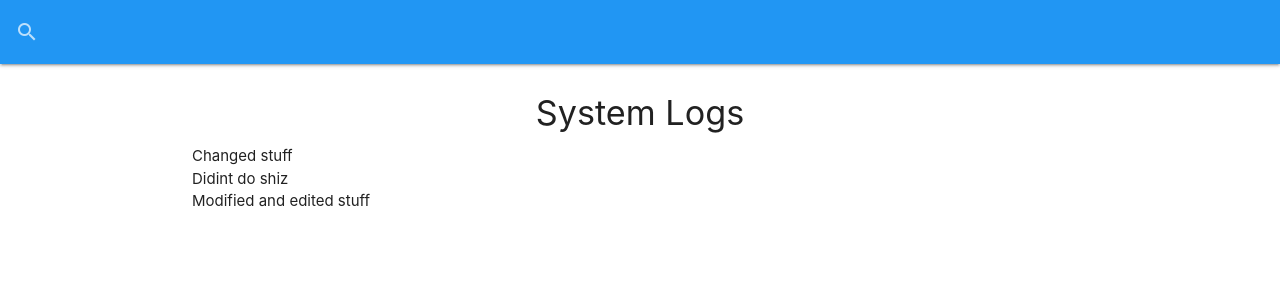
Repository: chinmayparab/log-keeper
Page: /
An editor plug-in stored every save of this project. The page is shown before and after the next save, followed by the edit.
The browser window is 1280 px wide. The pictures show the whole page.
The project was rebuilt for these pictures with package versions that can differ from the ones it lists, and the page was loaded fresh each time. Requests to the local data server were answered from the project's data file. Also part of the build but not shown: src/App.css.

Above is the page before, as saved 2020-06-26 23:34:21.

### public/index.html
<!DOCTYPE html>
<html lang="en">
  <head>
    <meta charset="utf-8" />
    <link rel="icon" href="%PUBLIC_URL%/favicon.ico" />
    <meta name="viewport" content="width=device-width, initial-scale=1" />
    <meta name="theme-color" content="#000000" />
    <meta
      name="description"
      content="Web site created using create-react-app"
    />
    <link rel="apple-touch-icon" href="%PUBLIC_URL%/logo192.png" />
    <link
      href="https://fonts.googleapis.com/icon?family=Material+Icons"
      rel="stylesheet"
    />
    <link rel="manifest" href="%PUBLIC_URL%/manifest.json" />
    <title>System Logger</title>
  </head>
  <body>
    <noscript>You need to enable JavaScript to run this app.</noscript>
    <div id="root"></div>
  </body>
</html>

### src/App.js
import React, { Fragment, useEffect } from "react";
import SearchBar from "./components/layout/SearchBar";
import Logs from "./components/logs/Logs";
import "materialize-css/dist/css/materialize.min.css";
import M from "materialize-css/dist/js/materialize.min.js";
import "./App.css";

const App = () => {
  useEffect(() => {
    M.AutoInit();
  });

  return (
    <Fragment>
      <SearchBar />
      <div className='container'>
        <Logs />
      </div>
    </Fragment>
  );
};

export default App;

### src/components/layout/SearchBar.js
import React from "react";

const SearchBar = () => {
  return (
    <nav style={{ marginBottom: "30px" }} className='blue'>
      <div className='nav-wrapper'>
        <form>
          <div className='input-field'>
            <input id='search' type='search' />
            <label className='label-icon' hmtlFor='search'>
              <i className='material-icons'>search</i>
            </label>
            <i className='material-icons'>close</i>
          </div>
        </form>
      </div>
    </nav>
  );
};

export default SearchBar;

### src/components/logs/Logs.js
import React, { useState, useEffect } from "react";

const Logs = () => {
  const [logs, setLogs] = useState([]);
  const [loading, setLoading] = useState(false);

  useEffect(() => {
    getLogs();
    //eslint-disable-next=line
  }, []);

  const getLogs = async () => {
    setLoading(true);
    const res = await fetch("/logs");
    const data = await res.json();

    setLogs(data);
    setLoading(false);
  };

  if (loading) {
    return <h4>Loading...</h4>;
  }

  return (
    <div>
      <ul className='collection-with-header'>
        <li className='collection-header'>
          <h4 className='center'>System Logs</h4>
        </li>
        {!loading && logs.length === 0 ? (
          <p className='center'>No logs to show...</p>
        ) : (
          logs.map((log) => <li>{log.message}</li>)
        )}
      </ul>
    </div>
  );
};

export default Logs;

### db.json
{
  "logs": [
    {
      "id": 1,
      "message": "Changed stuff",
      "attention": false,
      "date": "07-12-2018",
      "tech": "Lil Pete"
    },
    {
      "id": 2,
      "message": "Didint do shiz",
      "attention": true,
      "date": "04-11-2018",
      "tech": "Skinny Badger"
    },
    {
      "id": 3,
      "message": "Modified and edited stuff",
      "attention": true,
      "date": "27-12-2018",
      "tech": "Jene Grey"
    }
  ],
  "techs": [
    {
      "id": 1,
      "firstName": "Lil",
      "lastName": "Pete"
    },
    {
      "id": 3,
      "firstName": "Skinny",
      "lastName": "Badger"
    },
    {
      "id": 3,
      "firstName": "Jene",
      "lastName": "Grey"
    }
  ]
}

Loaded but not shown: src/index.js (common file)

After the next save:
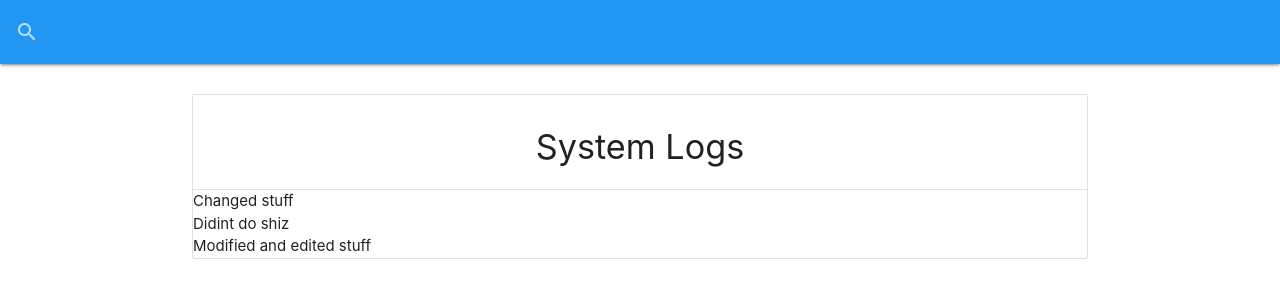
Saved 3 min 35 s later.
--- a/src/components/logs/Logs.js
+++ b/src/components/logs/Logs.js
@@ -24,7 +24,7 @@ const Logs = () => {
 
   return (
     <div>
-      <ul className='collection-with-header'>
+      <ul className='collection with-header'>
         <li className='collection-header'>
           <h4 className='center'>System Logs</h4>
         </li>
